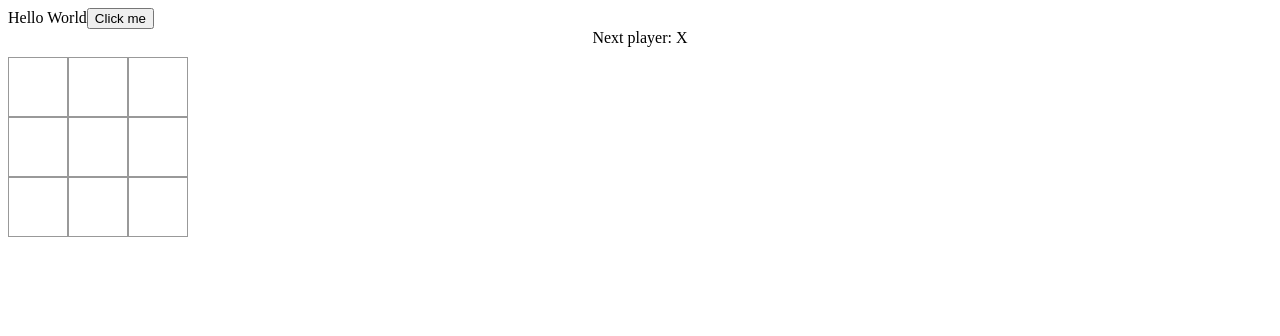
Repository: BrightProgrammer7/.cursor-tutor
Page: / (app in projects/javascript/)
An editor plug-in stored every save of this project. The page is shown before and after the next save, followed by the edit.
The browser window is 1280 px wide. The pictures show the whole page.
The project was rebuilt for these pictures with package versions that can differ from the ones it lists, and the page was loaded fresh each time.

Above is the page before, as saved 2024-07-06 17:09:02.

### projects/javascript/src/index.js
///////////////////////
// Welcome to Cursor //
///////////////////////

/*
Step 1: Try generating a react component that lets you play tictactoe with Cmd+K or Ctrl+K on a new line.
  - Then integrate it into the code below and run with npm start

Step 2: Try highlighting all the code with your mouse, then hit Cmd+k or Ctrl+K.
  - Instruct it to change the game in some way (e.g. add inline styles, add a start screen, make it 4x4 instead of 3x3)

Step 3: Hit Cmd+L or Ctrl+L and ask the chat what the code does

Step 4: To try out cursor on your own projects, go to the file menu (top left) and open a folder.
*/


import React from 'react';
import ReactDOM from 'react-dom/client';
import TicTacToe from './TicTacToe'; // Import the TicTacToe component

function App() {
  return (
    <div className="App">
      <header className="App-header">
        Hello World
        <button onClick={() => alert('Hello World')}>Click me</button>
        <TicTacToe /> {/* Add the TicTacToe component */}
      </header>
    </div>
  );
}

const root = ReactDOM.createRoot(document.getElementById('root'));
root.render(
  <React.StrictMode>
    <App />
  </React.StrictMode>
);

### projects/javascript/src/TicTacToe.js
import React, { useState } from 'react';
import './TicTacToe.css'; // Optional: for styling

function Square({ value, onClick }) {
  return (
    <button className="square" onClick={onClick}>
      {value}
    </button>
  );
}

function Board() {
  const [squares, setSquares] = useState(Array(16).fill(null)); // Change to 4x4 grid
  const [isXNext, setIsXNext] = useState(true);

  const handleClick = (i) => {
    const newSquares = squares.slice();
    if (calculateWinner(squares) || squares[i]) {
      return;
    }
    newSquares[i] = isXNext ? 'X' : 'O';
    setSquares(newSquares);
    setIsXNext(!isXNext);
  };

  const renderSquare = (i) => {
    return <Square value={squares[i]} onClick={() => handleClick(i)} />;
  };

  const winner = calculateWinner(squares);
  let status;
  if (winner) {
    status = 'Winner: ' + winner;
  } else {
    status = 'Next player: ' + (isXNext ? 'X' : 'O');
  }

  return (
    <div>
      <div className="status">{status}</div>
      <div className="board-row">
        {renderSquare(0)}
        {renderSquare(1)}
        {renderSquare(2)}
      </div>
      <div className="board-row">
        {renderSquare(3)}
        {renderSquare(4)}
        {renderSquare(5)}
      </div>
      <div className="board-row">
        {renderSquare(6)}
        {renderSquare(7)}
        {renderSquare(8)}
      </div>
    </div>
  );
}

function calculateWinner(squares) {
  const lines = [
    [0, 1, 2],
    [3, 4, 5],
    [6, 7, 8],
    [0, 3, 6],
    [1, 4, 7],
    [2, 5, 8],
    [0, 4, 8],
    [2, 4, 6],
  ];
  for (let i = 0; i < lines.length; i++) {
    const [a, b, c] = lines[i];
    if (squares[a] && squares[a] === squares[b] && squares[a] === squares[c]) {
      return squares[a];
    }
  }
  return null;
}

export default function TicTacToe() {
  return (
    <div className="tic-tac-toe">
      <Board />
    </div>
  );
}

### projects/javascript/src/TicTacToe.css
.tic-tac-toe {
  text-align: center;
}

.board-row {
  display: flex;
}

.square {
  width: 60px;
  height: 60px;
  background-color: #fff;
  border: 1px solid #999;
  font-size: 24px;
  font-weight: bold;
  cursor: pointer;
  outline: none;
}

.status {
  margin-bottom: 10px;
}

Loaded but not shown: projects/javascript/public/index.html (common file)

After the next save:
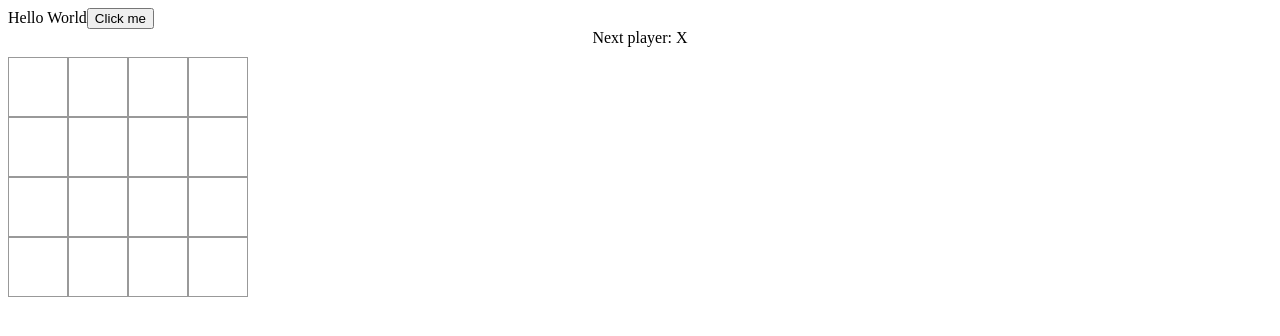
Saved 7 s later.
--- a/projects/javascript/src/TicTacToe.js
+++ b/projects/javascript/src/TicTacToe.js
@@ -42,16 +42,25 @@ function Board() {
         {renderSquare(0)}
         {renderSquare(1)}
         {renderSquare(2)}
+        {renderSquare(3)}
       </div>
       <div className="board-row">
-        {renderSquare(3)}
         {renderSquare(4)}
         {renderSquare(5)}
+        {renderSquare(6)}
+        {renderSquare(7)}
       </div>
       <div className="board-row">
-        {renderSquare(6)}
-        {renderSquare(7)}
         {renderSquare(8)}
+        {renderSquare(9)}
+        {renderSquare(10)}
+        {renderSquare(11)}
+      </div>
+      <div className="board-row">
+        {renderSquare(12)}
+        {renderSquare(13)}
+        {renderSquare(14)}
+        {renderSquare(15)}
       </div>
     </div>
   );
@@ -59,18 +68,20 @@ function Board() {
 
 function calculateWinner(squares) {
   const lines = [
-    [0, 1, 2],
-    [3, 4, 5],
-    [6, 7, 8],
-    [0, 3, 6],
-    [1, 4, 7],
-    [2, 5, 8],
-    [0, 4, 8],
-    [2, 4, 6],
+    [0, 1, 2, 3],
+    [4, 5, 6, 7],
+    [8, 9, 10, 11],
+    [12, 13, 14, 15],
+    [0, 4, 8, 12],
+    [1, 5, 9, 13],
+    [2, 6, 10, 14],
+    [3, 7, 11, 15],
+    [0, 5, 10, 15],
+    [3, 6, 9, 12],
   ];
   for (let i = 0; i < lines.length; i++) {
-    const [a, b, c] = lines[i];
-    if (squares[a] && squares[a] === squares[b] && squares[a] === squares[c]) {
+    const [a, b, c, d] = lines[i];
+    if (squares[a] && squares[a] === squares[b] && squares[a] === squares[c] && squares[a] === squares[d]) {
       return squares[a];
     }
   }
